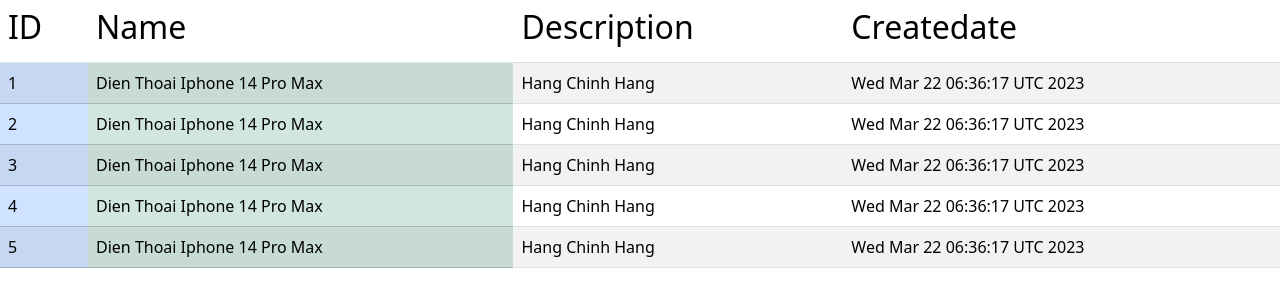
Repository: saiyagodvp/_java4
Page: http://localhost/slide4/product
These files come from the project's save history. The page is drawn as it stood at one moment and after the next save; the edit follows.
The browser window is 1280 px wide. The pictures show the whole page.
The page is served by Tomcat 9.

Above is the page before, as saved 2023-03-24 10:59:12.

After the next save:
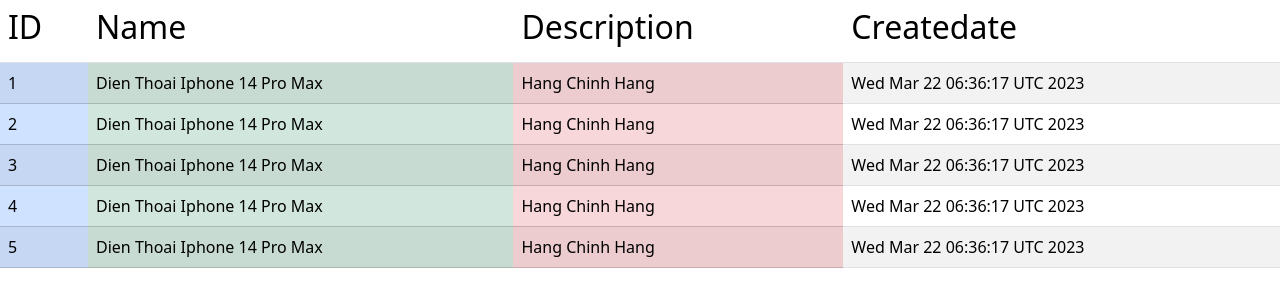
Saved 11 s later.
--- a/slide4/src/main/webapp/product/list.jsp
+++ b/slide4/src/main/webapp/product/list.jsp
@@ -51,7 +51,7 @@
 				<tr>
 					<td class="table-primary">${p.id}</td>
 					<td class="table-success">${p.name}</td>
-					<td>${p.description}</td>
+					<td class="table-danger">${p.description}</td>
 					<td>${p.createdate}</td>
 				</tr>
 			</c:forEach>
